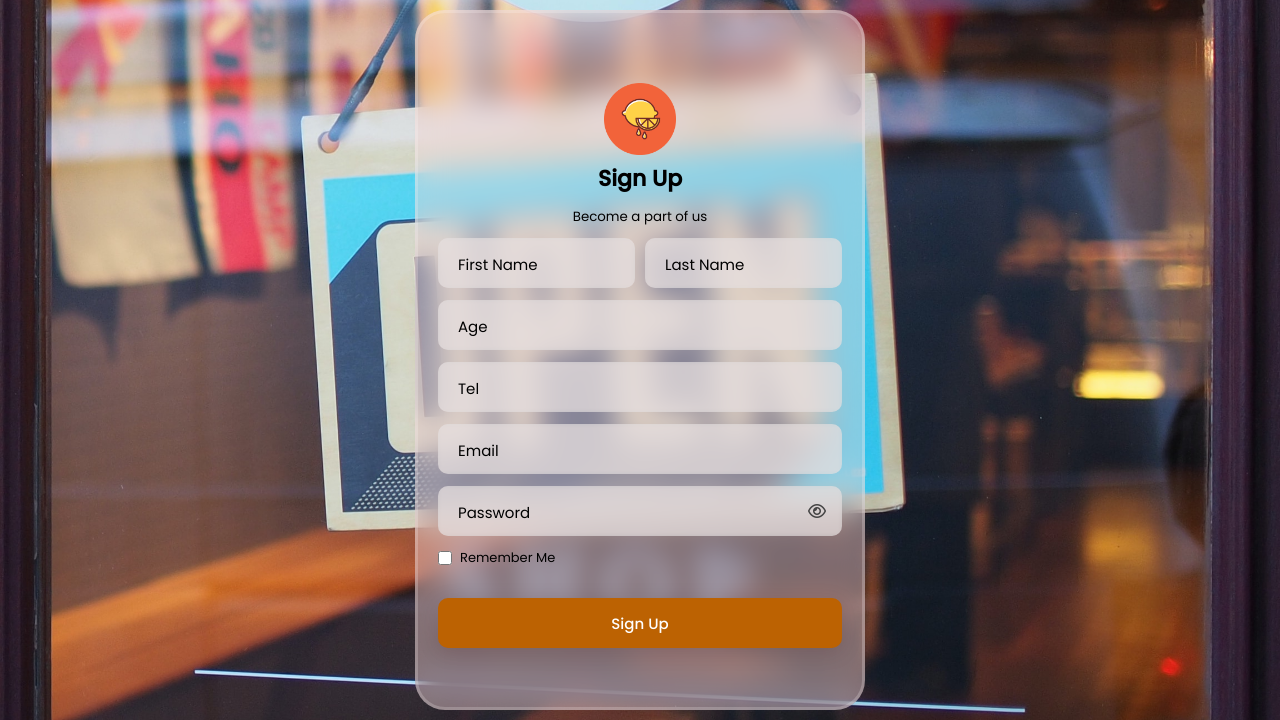
Repository: MauDucKG/BigFarm
Page: http://localhost/BigFarm/views/main/register/index.php?page=main&controller=register&action=submit
An editor plug-in stored every save of this project. The page is shown before and after the next save, followed by the edit.
The browser window is 1280 px wide. The pictures show the whole page.
Some web libraries are served in a nearby version. The page is run by PHP 8.4 with error messages shown; the project is at /var/www/html/.

Above is the page before, as saved 2023-04-26 20:37:43.

### views/main/register/index.php
<!DOCTYPE html>
<html lang="en">

<head>
	<meta charset="utf-8">
	<meta name="viewport" content="width=device-width, initial-scale=1">
	<title>Register</title>
	<!-- <link href="https://cdn.jsdelivr.net/npm/bootstrap@5.2.2/dist/css/bootstrap.min.css" rel="stylesheet" integrity="sha384-Zenh87qX5JnK2Jl0vWa8Ck2rdkQ2Bzep5IDxbcnCeuOxjzrPF/et3URy9Bv1WTRi" crossorigin="anonymous"> -->
	<link rel="stylesheet" href="assets/stylesheets/register.css">
    <script src="https://kit.fontawesome.com/4ccf3877a2.js" crossorigin="anonymous"></script>
    <!-- <style>
        @import url('https://fonts.googleapis.com/css2?family=Poppins:wght@400;500&display=swap');
body{
    background: url("https://images.unsplash.com/photo-1472851294608-062f824d29cc?ixlib=rb-4.0.3&ixid=MnwxMjA3fDB8MHxwaG90by1wYWdlfHx8fGVufDB8fHx8&auto=format&fit=crop&w=2304&q=80");
    background-size: cover;
    background-position: center;
    background-repeat: no-repeat;
    background-attachment: fixed;
}
*{
    margin: 0;
    padding: 0;
    box-sizing: border-box;
    font-family: 'Poppins',sans-serif;
}
.wrapper{
    display: flex;
    justify-content: center;
    align-items: center;
    min-height: 100vh;
    width: 100%;
}
.box{
    display: flex;
    flex-direction: row;
    position: relative;
    padding: 60px 20px 30px 20px;
    height: 700px;
    width: 450px;
    background-color: rgba(255, 220, 220, 0.4);
    border-radius: 30px;
    -webkit-backdrop-filter: blur(15px);
    backdrop-filter: blur(15px);
    border: 3px solid rgba(255, 255, 255, 0.2);
    overflow: hidden;
}
.box-register{
    position: absolute;
    width: 85%;
    right: -350px;
    transition: .5s ease-in-out;
}
.top-header{
    text-align: center;
    margin: 10px auto;
}
.top-header h3{
    font-size: 22px;
    font-weight: 600;
    margin-bottom: 8px;
}
.input-group{
    width: 100%;
}
.input-field{
    width: 100%;
    margin-bottom: 12px;
    position: relative;
}
.input-box{
    width: 100%;
    height: 50px;
    font-size: 15px;
    color: #040404;
    border: none;
    border-radius: 10px;
    padding: 7px 45px 0 20px;
    background: rgba(224, 223, 223, 0.6);
    -webkit-backdrop-filter: blur(2px);
    backdrop-filter: blur(2px);
    outline: none;
}
.input-field label{
    position: absolute;
    left: 20px;
    top: 15px;
    font-size: 15px;
    transition: .3s ease-in-out;
}
.input-box:focus ~ label,.input-box:valid ~ label{
    top: 2px;
    font-size: 10px;
    color: #c12828;
    font-weight: 500;
}
.eye-area{
    position: absolute;
    top: 25px;
    right: 25px;
}
.eye-box{
    display: flex;
    justify-content: center;
    align-items: center;
    position: relative;
}
i{
    position: absolute;
    color: #444444;
    cursor: pointer;
}
#eye,#eye-2{
    opacity: 1;
}
#eye-slash,#eye-slash-2{
    opacity: 0;
}
.remember{
    display: flex;
    font-size: 13px;
    margin: 12px 0 30px 0;
    color: #000;
}
.check{
    margin-right: 8px;
    width: 14px;
}
.input-submit{
    width: 100%;
    height: 50px;
    font-size: 15px;
    font-weight: 500;
    border: none;
    border-radius: 10px;
    background: #bc6202;
    color: #fff;
    box-shadow: 0px 4px 20px rgba(62, 9, 9, 0.145);
    cursor: pointer;
    transition: .4s;
}
.input-submit:hover{
    background: #db3e00;
    box-shadow: 0px 4px 20px rgba(62, 9, 9, 0.32);
}
#btn{
    position: absolute;
    bottom: 0;
    left: 0;
    width: 145px;
    height: 50px;
    background: #cccccd;
    border-radius: 10px;
    box-shadow: 2px 0px 12px rgba(0, 0, 0, 0.1);
    transition: .5s ease-in-out;
}
.name-box{
    display: flex;
    column-gap: 10px;
}
.name-box .input-box{
    width: 100%;
}
.name-box .input-field{
    width: 100%;
}
    </style> -->
</head>

<body>
    <div class="wrapper">
        <div class="box">
        <form action="index.php?page=main&controller=register&action=submit" method="POST" class="text-right">
            <div class="register-box" id="regUser">
                <div class="top-header">
                    <img src="assets/images/team_logo.png" alt="" width="72" height="72">
                    <h3>Sign Up</h3>
                    <small>Become a part of us</small>
                </div>
                <div class="input-group">
                    <div class="name-box">
                        <div class="input-field">
                            <input type="text" class="input-box" id="fname" name="fmane" required>
                            <label for="regUser">First Name</label>
                        </div>
                        <div class="input-field">
                            <input type="text" class="input-box" id="lname" name="lname" required>
                            <label for="regUser">Last Name</label>
                        </div>
                    </div>
                    <div class="input-field">
                        <input type="text" class="input-box" id="age" name="age" required>
                        <label for="regUser">Age</label>
                    </div>
                    <div class="input-field">
                        <input type="text" class="input-box" id="phone" name="phone" required>
                        <label for="regUser">Tel</label>
                    </div>
                    <div class="input-field">
                        <input type="text" class="input-box" id="email" name="email" required>
                        <label for="regUser">Email</label>
                    </div>
                    <div class="input-field">
                        <input type="password" class="input-box" id="pass" name="pass" required>
                        <label for="regPassword">Password</label>
                         <div class="eye-area">
                                <div class="eye-box" onclick="myRegPassword()">
                                    <i class="fa-regular fa-eye" id="eye-2"></i>
                                    <i class="fa-regular fa-eye-slash" id="eye-slash-2"></i>
                                </div>
                         </div>
                    </div>
                        <!-- <div class="input-field">
                            <input type="text" class="input-box" id="regUser" required>
                            <label for="regUser">Telephone number</label> -->
                        <!-- </div>
                        <div class="input-field">
                            <input type="radio" class="input-box" id="regUser" required>
                            <label for="regUser">Male</label>
                        </div>
                        <div class="input-field">
                            <input type="radio" class="input-box" id="regUser" required>
                            <label for="regUser">Female</label>
                        </div> -->
                    <div class="remember">
                        <input type="checkbox" id="formCheck-2" class="check">
                        <label for="formCheck-2">Remember Me</label>
                    </div>
                    <div class="input-field">
                        <input type="submit" class="input-submit" value="Sign Up">
                    </div>
                </div>
          </div>
        </form>
        </div>
    </div>
    <script>
        function myRegPassword(){
            var d = document.getElementById('regPassword');
            var b = document.getElementById("eye-2");
            var c = document.getElementById("eye-slash-2");
            if(d.type === "password"){
                d.type = "text"
                b.style.opacity = "0";
                c.style.opacity = "1";
            }else{
                d.type = "password"
                b.style.opacity = "1";
                c.style.opacity = "0";
            }
        }
    </script>
</body>

</html>

### assets/stylesheets/register.css
@import url('https://fonts.googleapis.com/css2?family=Poppins:wght@400;500&display=swap');
body{
    background: url("/BigFarm/assets/images/mike-petrucci-c9FQyqIECds-unsplash.jpg");
    background-size: cover;
    background-position: center;
    background-repeat: no-repeat;
    background-attachment: fixed;
}
*{
    margin: 0;
    padding: 0;
    box-sizing: border-box;
    font-family: 'Poppins',sans-serif;
}
.wrapper{
    display: flex;
    justify-content: center;
    align-items: center;
    min-height: 100vh;
    width: 100%;
}
.box{
    display: flex;
    flex-direction: row;
    position: relative;
    padding: 60px 20px 30px 20px;
    height: 700px;
    width: 450px;
    background-color: rgba(255, 220, 220, 0.4);
    border-radius: 30px;
    -webkit-backdrop-filter: blur(15px);
    backdrop-filter: blur(15px);
    border: 3px solid rgba(255, 255, 255, 0.2);
    overflow: hidden;
}
.box-register{
    position: absolute;
    width: 85%;
    right: -350px;
    transition: .5s ease-in-out;
}
.top-header{
    text-align: center;
    margin: 10px auto;
}
.top-header h3{
    font-size: 22px;
    font-weight: 600;
    margin-bottom: 8px;
}
.input-group{
    width: 100%;
}
.input-field{
    width: 100%;
    margin-bottom: 12px;
    position: relative;
}
.input-box{
    width: 100%;
    height: 50px;
    font-size: 15px;
    color: #040404;
    border: none;
    border-radius: 10px;
    padding: 7px 45px 0 20px;
    background: rgba(224, 223, 223, 0.6);
    -webkit-backdrop-filter: blur(2px);
    backdrop-filter: blur(2px);
    outline: none;
}
.input-field label{
    position: absolute;
    left: 20px;
    top: 15px;
    font-size: 15px;
    transition: .3s ease-in-out;
}
.input-box:focus ~ label,.input-box:valid ~ label{
    top: 2px;
    font-size: 10px;
    color: #c12828;
    font-weight: 500;
}
.eye-area{
    position: absolute;
    top: 25px;
    right: 25px;
}
.eye-box{
    display: flex;
    justify-content: center;
    align-items: center;
    position: relative;
}
i{
    position: absolute;
    color: #444444;
    cursor: pointer;
}
#eye,#eye-2{
    opacity: 1;
}
#eye-slash,#eye-slash-2{
    opacity: 0;
}
.remember{
    display: flex;
    font-size: 13px;
    margin: 12px 0 30px 0;
    color: #000;
}
.check{
    margin-right: 8px;
    width: 14px;
}
.input-submit{
    width: 100%;
    height: 50px;
    font-size: 15px;
    font-weight: 500;
    border: none;
    border-radius: 10px;
    background: #bc6202;
    color: #fff;
    box-shadow: 0px 4px 20px rgba(62, 9, 9, 0.145);
    cursor: pointer;
    transition: .4s;
}
.input-submit:hover{
    background: #db3e00;
    box-shadow: 0px 4px 20px rgba(62, 9, 9, 0.32);
}
#btn{
    position: absolute;
    bottom: 0;
    left: 0;
    width: 145px;
    height: 50px;
    background: #cccccd;
    border-radius: 10px;
    box-shadow: 2px 0px 12px rgba(0, 0, 0, 0.1);
    transition: .5s ease-in-out;
}
.name-box{
    display: flex;
    column-gap: 10px;
}
.name-box .input-box{
    width: 100%;
}
.name-box .input-field{
    width: 100%;
}

After the next save:
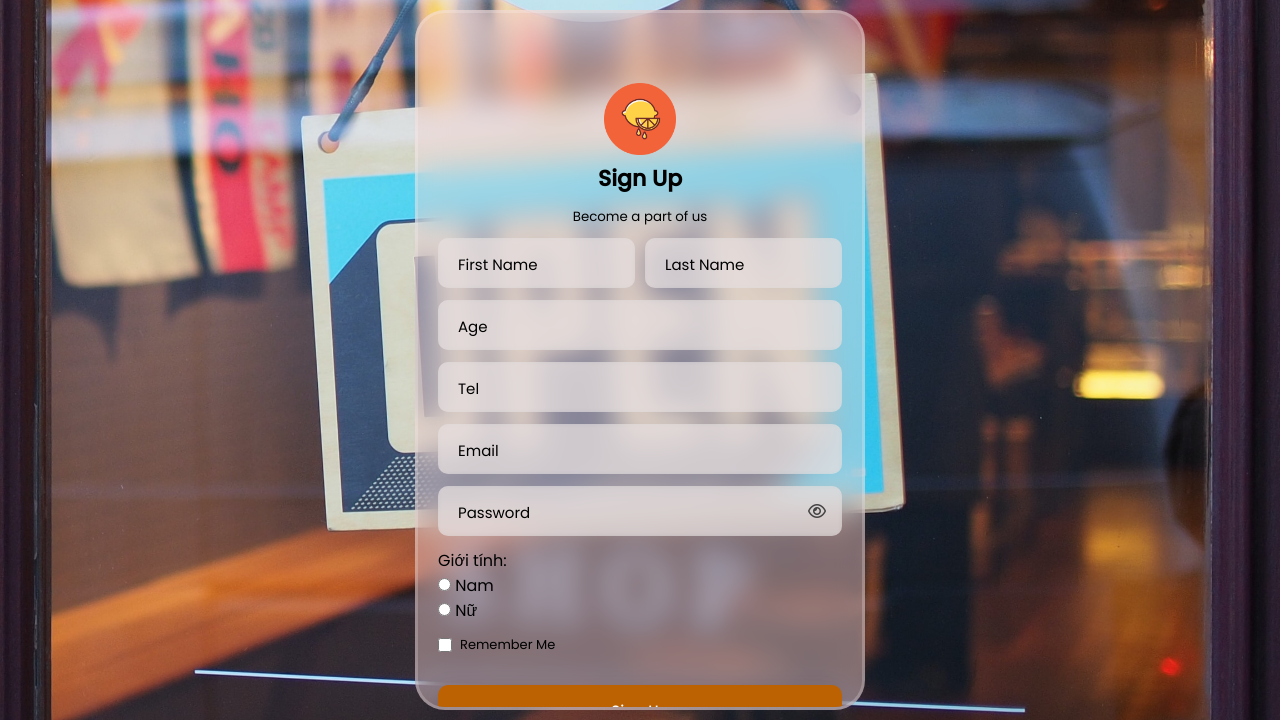
Saved 90 s later.
--- a/views/main/register/index.php
+++ b/views/main/register/index.php
@@ -209,6 +209,19 @@ i{
                                 </div>
                          </div>
                     </div>
+                    <div class="row py-1">
+					<div class="col">
+						<label class="">Giới tính:</label>
+					</div>
+					<div class="col">
+						<input class="form-check-input" type="radio" name="gender" value="1">
+						<label class="form-check-label">Nam</label>
+					</div>
+					<div class="col">
+						<input class="form-check-input" type="radio" name="gender" value="0">
+						<label class="form-check-label">Nữ</label>
+					</div>
+				</div>
                         <!-- <div class="input-field">
                             <input type="text" class="input-box" id="regUser" required>
                             <label for="regUser">Telephone number</label> -->
